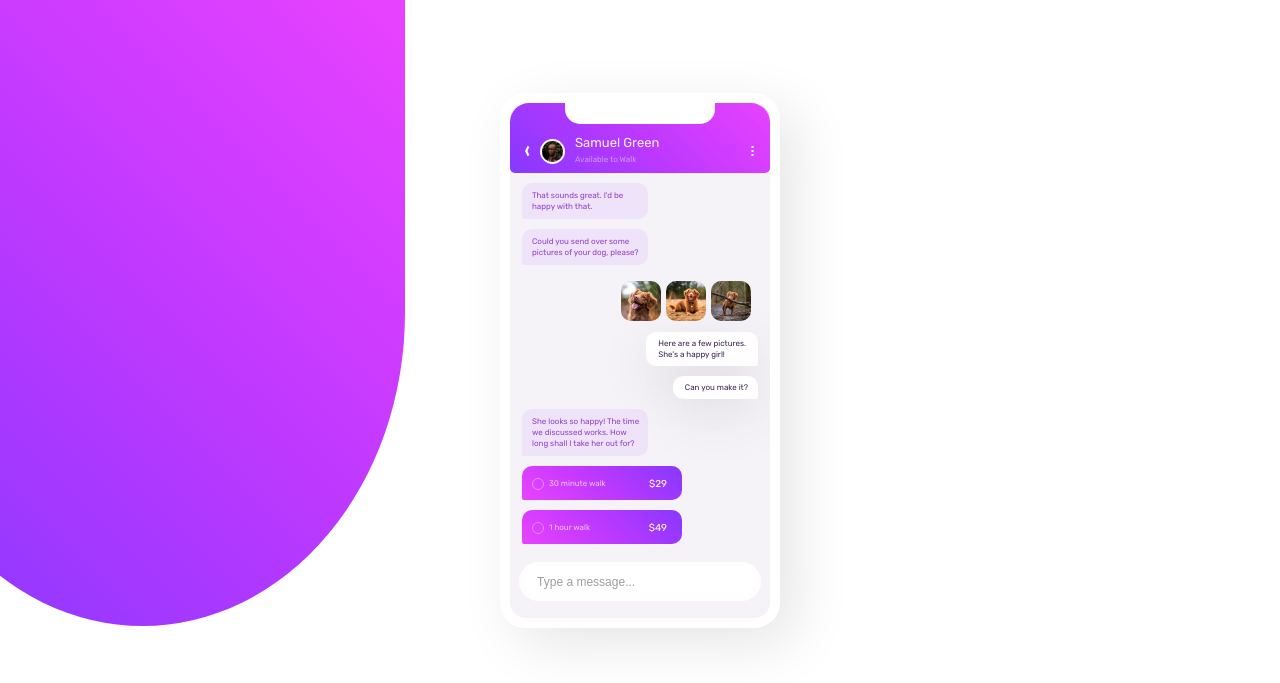
Repository: KamoliddinGIT/chat-app-css-illustration
Page: index.html
The author's editor kept a copy of each file at every save. The page is drawn from the files as they stood at one save, then again after the next save.
The browser window is 1280 px wide. The pictures show the whole page.

Above is the page before, as saved 2023-09-25 18:42:04.

### index.html
<!DOCTYPE html>
<html lang="en">
  <head>
    <meta charset="UTF-8" />
    <meta http-equiv="X-UA-Compatible" content="IE=edge" />
    <meta name="viewport" content="width=device-width, initial-scale=1.0" />
    <link
      rel="icon"
      type="image/png"
      sizes="32x32"
      href="./images/favicon-32x32.png"
    />
    <link
      href="https://fonts.googleapis.com/css2?family=Rubik:wght@400;500;700&display=swap"
      rel="stylesheet"
    />
    <link rel="stylesheet" href="./css/style.css" />
    <title>Chat App CSS Illustration</title>
  </head>
  <body>
    <div class="container">
      <div class="bg"></div>
      <div class="card">
        <div class="header">
          <div class="cam"></div>
          <div class="header_contents">
            <div class="header-left-side">
              <img
                src="./images/arrow.svg"
                alt="left_arrow"
                class="back_icon"
              />
              <img class="avatar" src="./images/avatar.jpg" alt="avatar" />
              <h2>
                Samuel Green <br />
                <span>Available to Walk </span>
              </h2>
            </div>
            <img src="./images/menu.svg" alt="menu" class="menu" />
          </div>
        </div>
        <div class="card-messages">
          <div class="receive-message">
            That sounds great. I'd be happy with that.
          </div>
          <div class="receive-message">
            Could you send over some pictures of your dog, please?
          </div>
          <div class="sent-photo">
            <img src="./images/dog-image-1.jpg" alt="dog1" />
            <img src="./images/dog-image-2.jpg" alt="dog2" />
            <img src="./images/dog-image-3.jpg" alt="dog3" />
          </div>
          <div class="sent-msg">
            Here are a few pictures. She's a happy girl!
          </div>
          <div class="next-msg">Can you make it?</div>
          <div class="receive-message">
            She looks so happy! The time we discussed works. How long shall I
            take her out for?
          </div>
          <div class="receive-price">
            <div class="circle"></div>
            <span class="times">30 minute walk </span>
            <div class="price">$29</div>
          </div>
          <div class="receive-price">
            <div class="circle"></div>
            <span class="times">1 hour walk </span>
            <div class="price">$49</div>
          </div>
          <input
            type="text"
            placeholder="Type a message..."
            class="input-msg"
          />
        </div>
      </div>
    </div>
  </body>
</html>

### css/style.css
* {
  margin: 0;
  padding: 0;
  box-sizing: border-box;
}

.container {
  width: 100%;
  height: 100vh;
  display: flex;
  justify-content: center;
  align-items: center;
  background-color: white;
  font-family: "Rubik", sans-serif;
}

.bg {
  width: 525px;
  height: 87%;
  left: -120px;
  top: 0;
  position: absolute;
  background-image: linear-gradient(
    45deg,
    hsl(264deg 100% 61%) 0%,
    hsl(280deg 100% 61%) 50%,
    hsl(293deg 100% 63%) 100%
  );
  border-radius: 0 0 50% 50%;
}

.card {
  z-index: 99;
  width: 280px;
  height: 535px;
  border-radius: 1.6rem;
  background-color: hsl(270, 20%, 96%);
  border: 10px solid white;
  box-shadow: 1rem 1rem 3.5rem rgba(0, 0, 0, 0.1);
  overflow: hidden;
}

.header {
  display: flex;
  justify-content: center;
  align-items: center;
  color: white;
  position: relative;
  width: 100%;
  height: 70px;
  border-radius: 1.2rem 1.2rem 5px 5px;
  display: flex;
  flex-direction: column;
  align-items: center;
  background-image: linear-gradient(
    45deg,
    hsl(264deg 100% 61%) 0%,
    hsl(280deg 100% 61%) 50%,
    hsl(293deg 100% 63%) 100%
  );
}

.cam {
  width: 150px;
  height: 22px;
  top: 0;
  background-color: white;
  border-radius: 0 0 15px 15px;
  position: absolute;
  margin: -1px auto 0 auto;
}

.back_icon {
  width: 5px;
  height: 18px;
  cursor: pointer;
}

.header_contents {
  margin-top: 27px;
  width: 100%;
  height: 15px;
  display: flex;
  align-items: center;
  justify-content: space-between;
  padding: 15px;
}

.header-left-side {
  width: 164px;
  height: 29px;
  display: flex;
  align-items: center;
  gap: 10px;
}

.avatar {
  width: 25px;
  height: 25px;
  object-fit: fill;
  border-radius: 50%;
  border: 2px solid white;
}

.header-left-side h2 {
  font-size: 13px;
  font-weight: 400;
  padding-bottom: 3px;
  color: hsl(270, 20%, 96%);
}

.header-left-side h2 span {
  font-size: 8px;
  font-weight: 400;
  opacity: 0.5;
  color: hsl(270, 20%, 96%);
}

.menu {
  cursor: pointer;
  width: 5px;
}

.card-messages {
  display: flex;
  flex-direction: column;
  width: 260px;
  height: 446px;
}

.receive-message {
  width: 126px;
  min-height: 36px;
  background-color: hsla(276, 100%, 81%, 0.2);
  padding: 7px 5px 7px 10px;
  border-radius: 10px 10px 10px 2px;
  margin: 10px 0 0 12px;
  font-size: 8px;
  line-height: 11px;
  color: hsl(276, 55%, 52%);
}

.sent-photo {
  margin: 15px 12px 0 auto;
  width: 142px;
  height: 44px;
  display: flex;
  align-items: center;
}

.sent-photo img {
  width: 40px;
  height: 40px;
  border-radius: 10px;
  object-fit: fill;
  margin-inline-start: 5px;
}

.sent-msg {
  width: 133px;
  height: 34px;
  background-color: white;
  padding: 6px 10px 6px 12px;
  border-radius: 10px 10px 2px 10px;
  box-shadow: 0 1rem 3.5rem rgba(0, 0, 0, 0.1);
  margin: 10px 12px 0 auto;
  font-size: 8px;
  color: hsl(271, 36%, 24%);
  max-width: 22ch;
  line-height: 11px;
}

.next-msg {
  width: 85px;
  height: 23px;
  background-color: white;
  width: fit-content;
  padding: 6px 10px 6px 12px;
  border-radius: 10px 10px 2px 10px;
  box-shadow: 0 1rem 3.5rem rgba(0, 0, 0, 0.1);
  margin: 10px 12px 0 auto;
  font-size: 8px;
  color: hsl(271, 36%, 24%);
  max-width: 22ch;
  line-height: 11px;
}

.receive-price {
  width: 160px;
  height: 34px;
  display: inline-flex;
  align-items: center;
  gap: 5px;
  background-color: hsla(276, 100%, 81%, 0.2);
  width: 160px;
  padding: 12px 15px 10px 10px;
  border-radius: 10px 10px 10px 2px;
  margin: 10px 0 0 12px;
  color: white;
  background-image: linear-gradient(
    45deg,
    hsl(293deg 100% 63%) 0%,
    hsl(280deg 100% 61%) 50%,
    hsl(264deg 100% 61%) 100%
  );
}

.circle {
  width: 12px;
  height: 12px;
  border: 1px solid hsl(270, 20%, 96%);
  border-radius: 50%;
  opacity: 0.4;
}

.times {
  font-size: 8px;
  opacity: 0.7;
}

.price {
  font-size: 10px;
  margin-left: auto;
}

.input-msg {
  width: 93%;
  border: none;
  padding: 12px 40px 12px 18px;
  border-radius: 1.5rem;
  outline: none;
  font-weight: 500;
  color: hsl(271, 36%, 24%);
  margin: 18px auto;
}

::placeholder {
  font-size: 12px;
  opacity: 0.7;
}

After the next save:
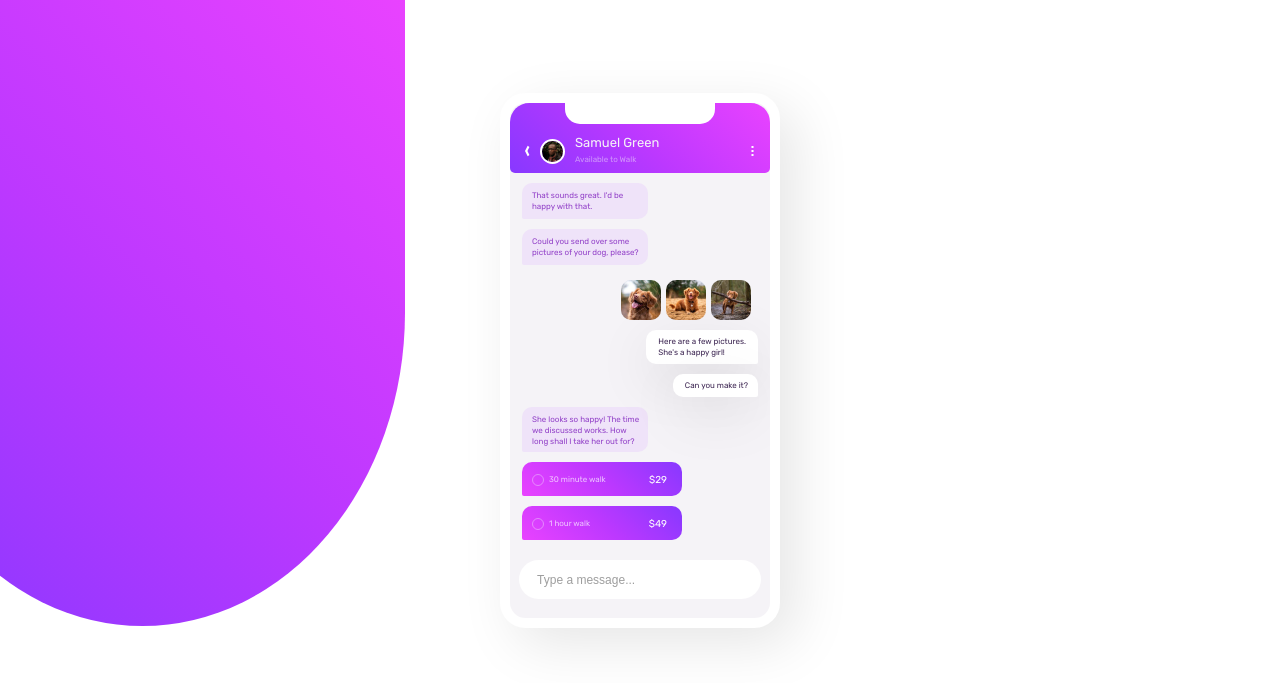
Saved 71 s later.
--- a/css/style.css
+++ b/css/style.css
@@ -231,7 +231,7 @@
   outline: none;
   font-weight: 500;
   color: hsl(271, 36%, 24%);
-  margin: 18px auto;
+  margin: 20px auto;
 }
 
 ::placeholder {
